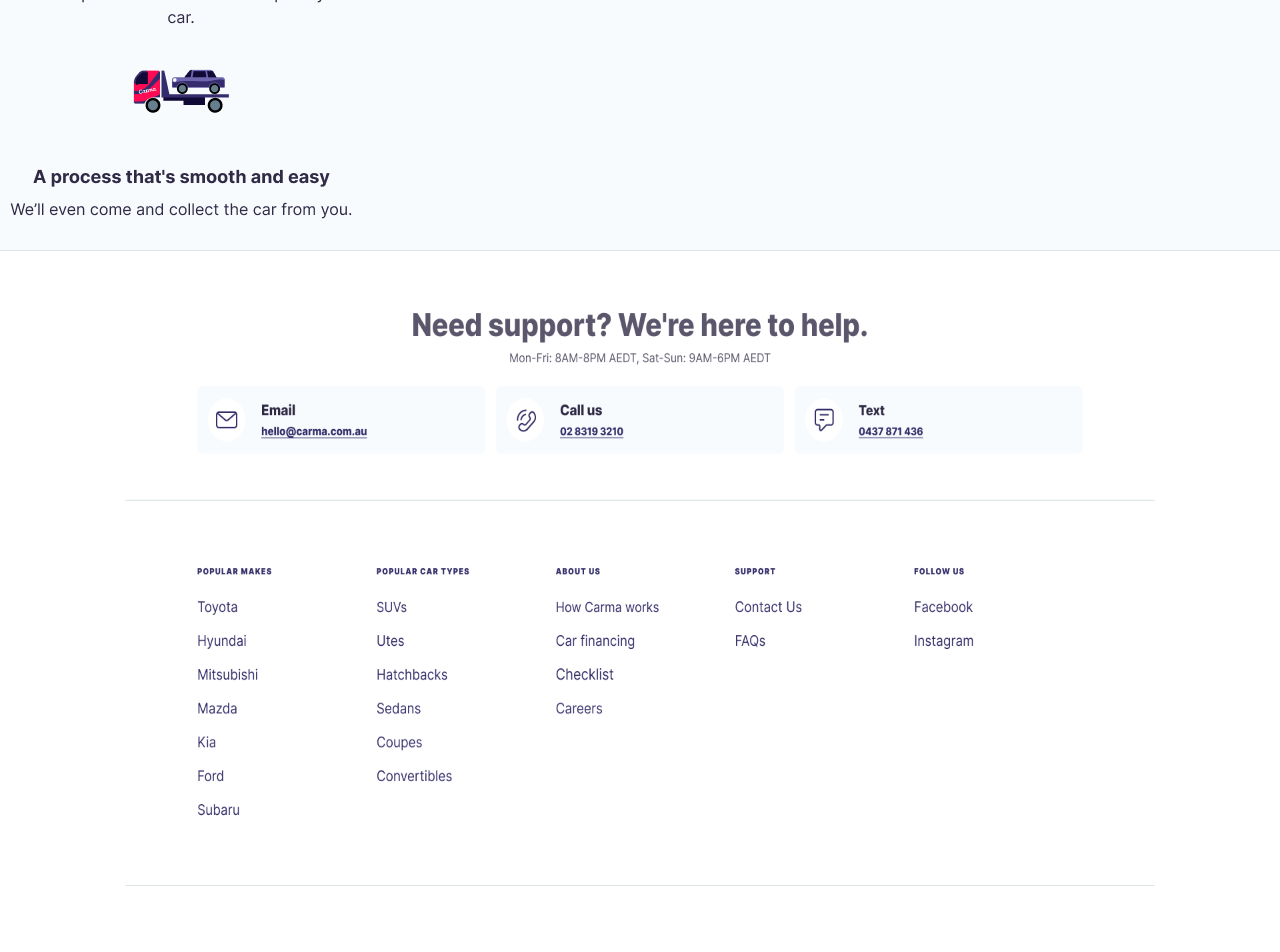
Repository: KHANas02/project
Page: index.html
An editor plug-in stored every save of this project. The page is shown before and after the next save, followed by the edit.
The browser window is 1280 px wide. The pictures show the part of the page from y = 898 to 1850 px (the page is 2052 px tall before and 1148 px after).

Above is the page before, as saved 2024-03-31 21:42:35.

After the next save:
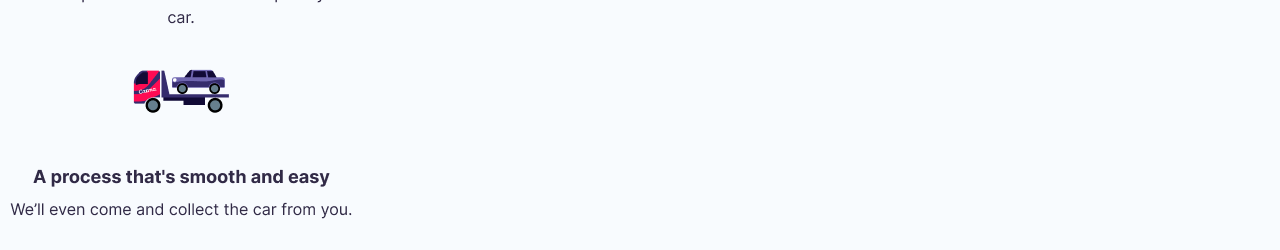
Saved 14 s later.
--- a/index.html
+++ b/index.html
@@ -35,7 +35,7 @@
     </div>
 
 <div class="footer">
-  <img src="Footer.png" alt="" class="footer1">
+  <!-- <img src="Footer.png" alt="" class="footer1"> -->
 </div>
 
   </body>
